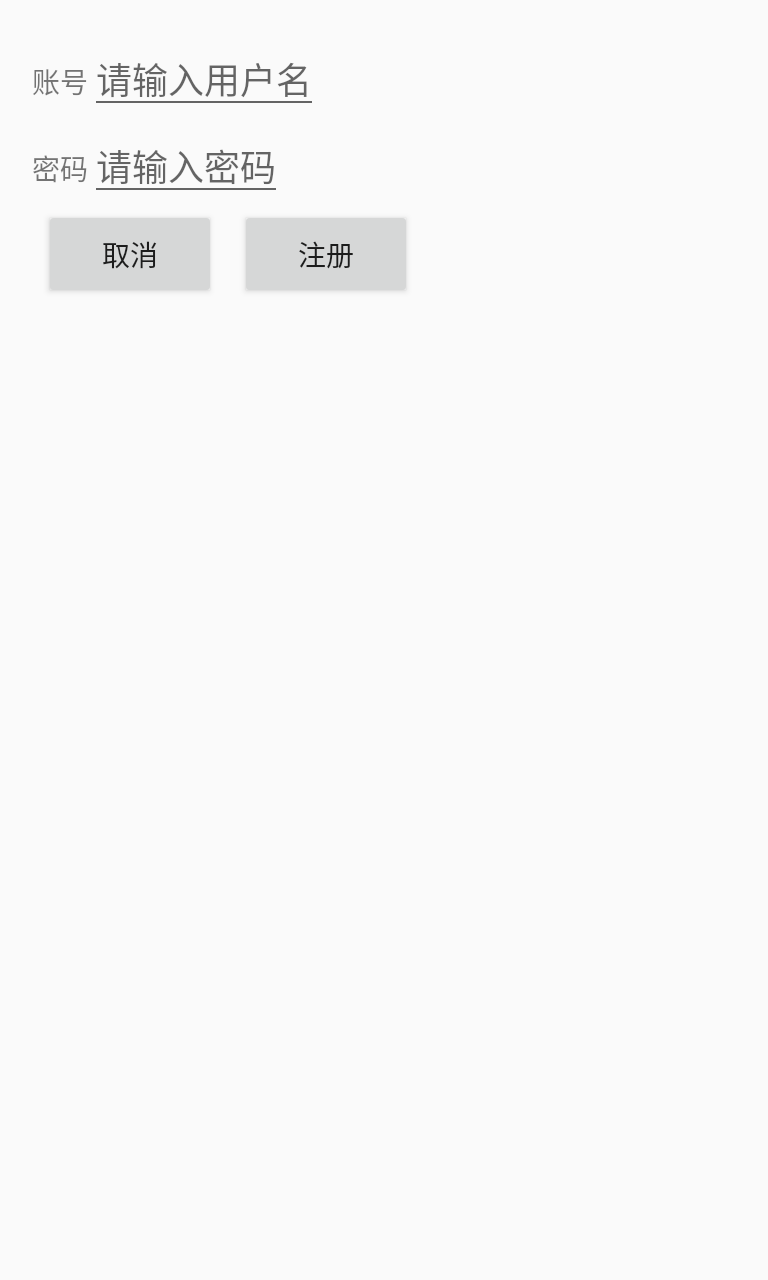
Repository: zzznn/Android_and_java
Layout: work/Day0203/res/layout/activity_main.xml
The author's editor kept a copy of each file at every save. The layout is drawn from the files as they stood at one save, then again after the next save.
It is drawn on a 768 x 1280 px phone screen (xhdpi) without system bars, with theme AppTheme; the app's code is not run.

Above is the layout before, as saved 2018-01-05 01:34:08.

### work/Day0203/res/layout/activity_main.xml
<LinearLayout xmlns:android="http://schemas.android.com/apk/res/android"
    xmlns:tools="http://schemas.android.com/tools"
    android:layout_width="match_parent"
    android:layout_height="match_parent"
    android:paddingBottom="@dimen/activity_vertical_margin"
    android:paddingLeft="@dimen/activity_horizontal_margin"
    android:paddingRight="@dimen/activity_horizontal_margin"
    android:paddingTop="@dimen/activity_vertical_margin"
    android:orientation="vertical"
    tools:context="com.kevin.day0203.MainActivity" >


    <LinearLayout
        android:layout_width="match_parent"
        android:layout_height="wrap_content">

    <TextView
        android:id="@+id/tv"
        android:layout_width="wrap_content"
        android:layout_height="wrap_content"
        android:text="账号"/>



    <EditText
        android:id="@+id/et_name"
        android:layout_width="wrap_content"
        android:layout_height="wrap_content"
        android:hint="请输入用户名"
        />
    </LinearLayout>



    <LinearLayout
    	android:layout_width="wrap_content"
        android:layout_height="wrap_content">
    <TextView
        android:id="@+id/tv_sec"
        android:layout_width="wrap_content"
        android:layout_height="wrap_content"
        android:text="密码"/>

    <EditText
        android:id="@+id/et_code"
        android:layout_width="wrap_content"
        android:layout_height="wrap_content"
        android:inputType="textPassword"
        android:hint="请输入密码"
        />

    </LinearLayout>
    <LinearLayout
    	android:layout_width="wrap_content"
        android:layout_height="wrap_content">
    <Button
        android:id="@+id/btn_cansel"
        android:layout_width="0dp"
        android:layout_weight="1"
        android:layout_height="wrap_content"
        android:layout_marginRight="5dp"
        android:layout_marginLeft="5dp"
        android:text="取消"
        />

    <Button
        android:id="@+id/btn_regist"
        android:layout_width="0dp"
        android:layout_weight="1"
        android:layout_height="wrap_content"
		android:layout_marginLeft="5dp"
        android:layout_marginRight="5dp"
        android:text="注册"
        />

    </LinearLayout>

</LinearLayout>

Loaded but not shown: work/Day0203/res/values/styles.xml (common file); work/Day0203/res/values-v11/styles.xml (common file); work/Day0203/res/values-v14/styles.xml (common file); work/Day0203/res/values/dimens.xml (common file); work/Day0203/res/values-w820dp/dimens.xml (common file)

After the next save:
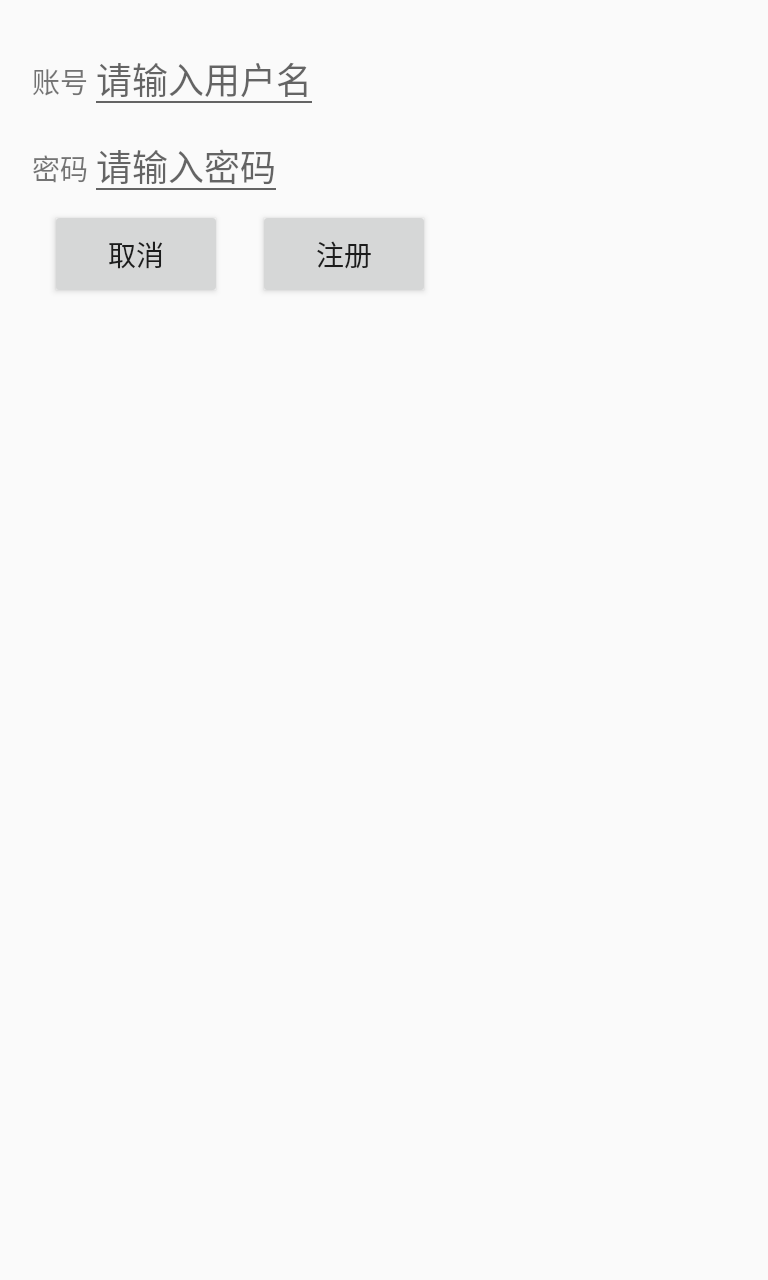
Saved 105 min 29 s later.
--- a/work/Day0203/res/layout/activity_main.xml
+++ b/work/Day0203/res/layout/activity_main.xml
@@ -58,18 +58,18 @@
         android:layout_width="0dp"
         android:layout_weight="1"
         android:layout_height="wrap_content"
-        android:layout_marginRight="5dp"
-        android:layout_marginLeft="5dp"
+        android:layout_marginRight="8dp"
+        android:layout_marginLeft="8dp"
         android:text="取消"
         />
 
     <Button
         android:id="@+id/btn_regist"
         android:layout_width="0dp"
-        android:layout_weight="1"
+        android:layout_weight="2"
         android:layout_height="wrap_content"
-		android:layout_marginLeft="5dp"
-        android:layout_marginRight="5dp"
+		android:layout_marginLeft="8dp"
+        android:layout_marginRight="8dp"
         android:text="注册"
         />
 
